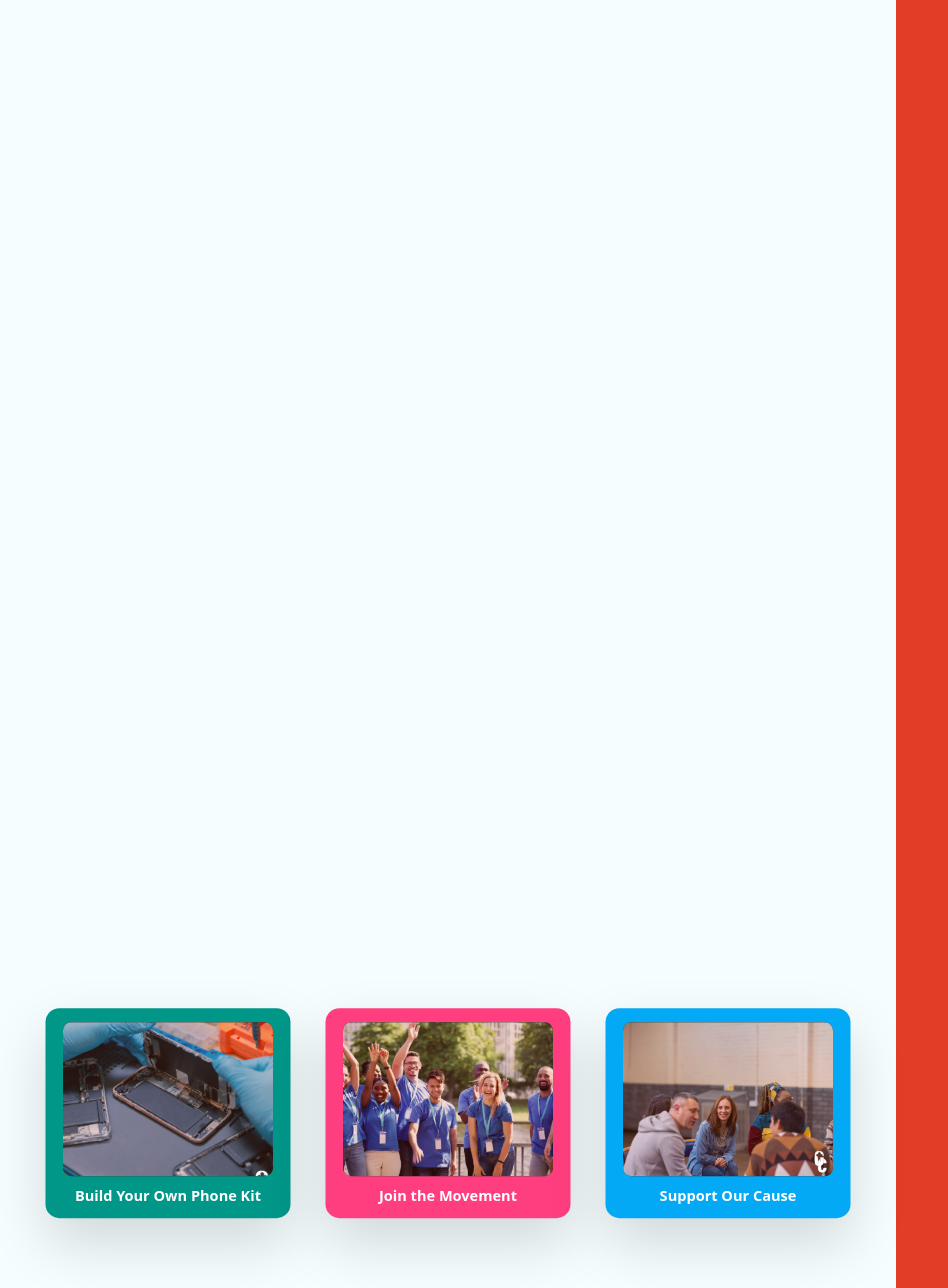
Repository: katelynyew/communityWebsite
Page: index.html
These files come from the project's save history. The page is drawn as it stood at one moment and after the next save; the edit follows.
The browser window is 1280 px wide. The page is 1354 px wide, so the pictures cover 1354 px, including what lies to the right of the window. The pictures show the part of the page from y = 4166 to 6006 px (the page is 6006 px tall before and 5790 px after), at 70% of full size.
Some web fonts or font styles are not loaded; a fallback is used. Some web libraries are served in a nearby version.

Above is the page before, as saved 2025-04-04 04:26:58.

### index.html
<!DOCTYPE html>
<html lang="en">
<head>
  <meta charset="UTF-8">
  <meta name="viewport" content="width=device-width, initial-scale=1.0">
  <link rel="stylesheet" href="./style.css" />

  <link rel="preconnect" href="https://fonts.googleapis.com">
  <link rel="preconnect" href="https://fonts.gstatic.com" crossorigin><link href="https://fonts.googleapis.com/css2?family=Ranchers&display=swap" rel="stylesheet">

  <title>Canconnect</title>
</head>
<body>

    <div class="landing">
      <!-- <nav>
        <h1 id="logo">CANConnect</h1>
        <a href="index.html">
          <img id="logo-img1" src="./can1.png" alt="CanConnect Logo" id="logo" />
        </a>
        <u1 class="nav-links">
          <li><a href="index.html" onclick="location.reload(); return false;">Home</a></li>
          <li><a href="https://sites.google.com/my.yorku.ca/canconnect/home">About Us</a></li>
          <li><a href="https://sites.google.com/my.yorku.ca/canconnect/tech-reshare-program?authuser=0">Our Project</a></li>
          <li><a href="https://sites.google.com/my.yorku.ca/canconnect/get-involved?authuser=0">Get Involved</a></li>
          <li><a href="https://sites.google.com/my.yorku.ca/canconnect/news-updates?authuser=0">News & Updates</a></li>
          <li><a href="https://sites.google.com/my.yorku.ca/canconnect/our-team?authuser=0">Staff</a></li>
          <li><a href="https://sites.google.com/my.yorku.ca/canconnect/connect?authuser=0">Contact Us</a></li>
        </u1>
      </nav> -->
      <div class="header">
        <div class="letters">
          <img id="logo-img2" src="can2.png" alt="CanConnect Logo">
          <!-- <h1 class="title">CANConnect</h1> -->
          <h2 class="big-text">“Connecting Canada, One Affordable Device at a Time”</h2>
        </div>
      </div>
      <div class="website-content">
        <div class="img-holder">
          <img src="./b8.jpg" alt="Description of the image"/>
        </div>
      </div>
    </div>


  <div class="content-holder">
    <div class="intro-text">

      <h1 class="sub">
        “Connecting Canada, One Affordable Device at a Time”
      </h1>
      <p class="hide">
        <span class="text">Technology should be accessible to everyone, not just those who can afford expensive
          brands.</span>
      </p>

      <p class="hide">
        <span class="text">CANConnect is on a mission to provide affordable, locally produced phone kits and advocate for low-cost connectivity solutions for all Canadians.</span>
      </p>
    </div>
  </div>
  <div class="white-gap1"> </div>
  <div class="slider"></div>
  <div class="row">
    <p class="tags">
      #Workshops
    </p>
    <p class="tags">
      #ReusableDevices
    </p>
    <p class="tags">
      #TechForAll
    </p>
  </div>
  <div class="white-gap2"> </div>
  <div class="container">
    <div class="card" style="--clr:#009688;">
      <div class="cardimg">
        <img src="./one.png" alt="">
      </div>
      <div class="card-content">
        <h2>Build Your Own Phone Kit</h2>
        <p>Empower yourself with affordable tech-build your own phone kit with CanConnect.</p>
        <a href="#">– Learn More</a>
      </div>
    </div>
    <div class="card" style="--clr:#ff3e7f;">
      <div class="cardimg">
        <img src="./two.png" alt="">
      </div>
      <div class="card-content">
        <h2>Join the Movement</h2>
        <p>Want to be a part of the movement? Check out how you can help:</p>
        <a href="#">– Get involved</a>
      </div>
    </div>
    <div class="card" style="--clr:#03a9f4;">
      <div class="cardimg">
         <img src="./three.png" alt="">
      </div>
      <div class="card-content">
        <h2>Support Our Cause</h2>
        <p>Support us in making technology more affordable for all.</p>
        <a href="#">– Donate today</a>
      </div>
    </div>

    <!-- <div class="home">
      <a href="https://sites.google.com/my.yorku.ca/canconnect/home?authuser=0">GO TO MAIN PAGE</a>
    </div> -->
  </div>



<script src="https://cdnjs.cloudflare.com/ajax/libs/gsap/3.8.0/gsap.min.js"></script>
<script src="https://cdnjs.cloudflare.com/ajax/libs/gsap/3.8.0/ScrollTrigger.min.js"></script>
<script src="./script.js"></script>

</body>
</html>

### style.css
*{
    margin: 0;
    padding: 0;
    box-sizing: border-box;
}
main {
    font-family: "Noto Sans", sans-serif;
}
html {
    overscroll-behavior: none;
}



html, body {
    font-family: "Noto sans", sans-serif;
    height: 100%;
    background-color: rgb(226, 61, 39);

}


.landing{
    min-height: 100vh;
    background-color: rgb(226, 61, 39);
    background-size: cover;
    display: flex;
    flex-direction: column;
    justify-content: top;
    align-content: flex-start;
    z-index: 2;
}
img {
    width: 100%;
    height: 100%;
    object-fit: cover;

}
nav {
    position: fixed;
    top: 0;
    right: 0;
    display: flex;
    align-items: center;
    justify-content: space-between;
    min-height: 10vh;
    max-width: 1200px; /* Prevents the nav from expanding too much */
    z-index: 20;


}


.nav-links {
    display: flex;  /* place the items side by side*/
    list-style: none;   /* get rid of bullet point*/
    gap: 2rem;  /* gap between each nav li element*/
    padding: 2em;

}

.nav-links li {
    /* padding-left: 10rem; */
    font-size: 1rem;
    font-weight: lighter;
    list-style: none;
    display: inline-block;
    padding: 5px 15px;
    border-radius: 5px;


}
.nav-links li:hover {
    border-color: #009688; /* Make border visible on hover */
    background-color: rgba(137, 2, 2, 0.475); /* Light background effect */
}

.nav-links li a {
    text-decoration: none; /* Remove underline */
    color: black; /* Change text color */
    font-weight: bold;
    display: block;
  }

#logo{
    position: fixed;
    top: 0;
    left: 100px;
    min-height: 10vh;
    padding: 20px 5px;
    font-family: "Noto Sans", sans-serif;
    font-weight: heavier;
    font-size: 2rem;
    z-index: 1000;


}
#logo-img1 {
    position: fixed; /* Keeps it in place even when scrolling */
    top: 0; /* Aligns to the very top */
    left: 50px; /* Aligns to the very left */
    max-width: 50px; /* Adjust size as needed */
    height: auto;
    padding: 10px; /* Adds some spacing */
}
#logo-img2 {
    max-width: 1000px;
    height: auto;
    display: block;
    margin: 0 auto;
}

.header {
    position: fixed;
    top: 5%;
    left: 0%;
    display: flex;
    width: 100%;
    z-index: 40;


}
.letters {
    flex: 1;
    display: flex;
    flex-direction: column; /*stacks children vertically */
    align-items: center;
    text-transform: uppercase;

}


.big-text {
    position: relative;
    font-size: 2rem;
    font-weight: heavier;
    text-align: center;
    color: rgb(255, 232, 232);
    margin: 2em 0em;
    top: 0rem;
    z-index: 40;
    font-style: italic;

}

.website-content {

    position: relative;
    padding-top: 10em;
    width: 100%;
    height: 100%;

}

.img-holder {
    background-color: rgb(226, 242, 253);
    margin: 3em 0em;
    position: relative;
    top: 0%;
    width: 100%;
    height: 100vh;
    background: rgb(140, 229, 91);
    clip-path: polygon(37.5% 20%, 62.5% 20%, 62.5% 50%, 37.5% 50%);
    z-index: 10;
}

.img-holder img {
    position: relative;
    top: 0;
    left: 10px;
    transform: scale(1.1);
    height: 100vh;


}

.content-holder {
    position: relative;
    top: 60%;
    width: 100%;
    background: rgb(255, 255, 255);
    color: white;
    margin-top: 17rem;
    margin-bottom: 8em;
    z-index: 6;
}
.intro-text {
    background: rgb(245, 253, 255);
    position: relative;
    top: 0%;
    width: 100%;
    height: 100vh;
    display: flex;
    flex-direction: column;
    justify-content: flex-start;
    align-items: center;
    color: rgb(212, 57, 26);
    font-family: "Noto Sans", sans-serif;
    padding: 10em 10em;

}
.sub {
    padding: 1em 2em;
    margin: 1em 1em;
    font-size: 3rem;
    text-align: center;
    width: 100%;
}
.intro-text p {
    margin-top: 1em;
    font-size: 1.5rem;
    width: 50%;
    text-align: left;
    line-height: 1.5;
    font-style: italic;
    font-weight: heavier;
}
.white-gap1 {
    top: 54%;
    height: 60%; /* or whatever height your gap is */
    background-color: rgb(245, 253, 255);
    width: 100%;
    position: relative;
    z-index: 5; /* Make sure it's under your floating elements if needed */
}

.row {
    background-color: rgb(245, 253, 255);
    position: relative;
    display: flex;
    width: 100%;
    top: 40%;
    justify-content: space-between;
    align-items: center;
    z-index: 500;
    gap: 20px;
    flex-wrap: wrap;
    margin: 0rem 4rem;


}
.white-gap2 {
    top: 45%;
    height: 60%; /* or whatever height your gap is */
    background-color: rgb(245, 253, 255);
    width: 100%;
    position: relative;
    z-index: 5; /* Make sure it's under your floating elements if needed */
}
.row    .tags{

    flex: 1 1 35%; /* Ensures the <p> elements take up at least 20% of the row, but can grow and shrink */

    text-align: center;
    font-size: 3rem;
    color: rgb(235, 64, 33);
    font-weight: bold;

}
.container {
    top:40%;
    background-color:rgb(245, 253, 255);
    position: relative;
    display: flex;
    justify-content: center;
    align-items: center;
    flex-wrap: wrap;
    gap: 100px 50px;
    padding: 100px 50px;
    padding-top: 10rem;

}

.container  .card {
    position: relative;
    display: flex;
    justify-content: center;
    align-items: flex-start;
    width: 350px;
    height: 300px;
    background-color: var(--clr);
    border-radius: 20px;
    box-shadow: 0 35px 80px rgba(0,0,0,0.15);
    transition: 0.5s;
    overflow: hidden;

}
.container  .card:hover {
    height: 400px;
}
.container  .card   .cardimg {
    position: absolute;
    top: 20px;
    width: 300px;
    height: 220px;
    background: #333;
    border-radius: 12px;
    overflow: hidden;
    transition: 0.5s;
}

.container  .card:hover .cardimg {
    top: -100px;
    scale: 0.75;
    box-shadow: 0 15px 45px rgba(0,0,0,0.2);
}
.container  .card   .cardimg img {
    position: absolute;
    top: 0;
    left: 0;
    width: 100%;
    height: 100%;

    object-fit: cover;
}

.container  .card   .card-content {
    position: absolute;
    top: 252px;
    width: 100%;
    padding: 0 30px;
    height: 35px;
    overflow: hidden;
    text-align: center;
    transition: 0.5s;
    display: flex;
    flex-direction: column;
    justify-content: left;
    align-items: center;
}

.container  .card:hover .card-content {
    top: 130px;
    height: 250px;

}
.container  .card   .card-content h2 {
    font-size: 1.3em;
    font-weight: 700;
    color: white;
    line-height: 2rem;
}

.container  .card   .card-content p {
    font-size: 1em;
    text-align: left;
    color: #f8e9e9;
    padding: 5em 0em;


}
.container  .card   .card-content a {
    position: relative;
    top: 0px;
    transform: translateY(-95%);
    display: inline-block;
    padding: 12px 25px;
    background: rgb(0, 0, 0);
    color: white;
    font-weight: 500;
    text-decoration: none;
    border-radius: 8px;
}



.home {
    position: relative;

    top: 1rem;
    width: 65%;
    text-align: center;
    font-size: 10rem;
    color: rgb(29, 54, 94);
    font-size: 5rem;
    font-weight: lighter;
    display: inline-block;
    padding: 10px;
    border-radius: 100px;

   /* background-color: rgba(255, 84, 65, 0.292); */
}

.home:hover {
    border-color: #009688; /* Make border visible on hover */
    background-color: rgb(137, 200, 200,0.292); /* Light background effect */
    width: 65%;
    transition: 0.5s;
}

.home a {

    color: rgba(25, 51, 168, 0.971); /* Change text color */
    font-weight: bold;
    display: block;
  }

/* .hide {
    background: black;
    overflow: hidden;
}
*/
/*
.hide span{         /*move down the hide
    transform: translateY(100%);
    display: inline-block;  /*span is inline element
}
*/

### script.js
const tl = gsap.timeline({defaults: {ease: 'power1.out'}});


// tl.to('.slider', {y: "-100%", duration: 1.5, delay: 0.5});
// tl.to(".intro", {y: "-100%", duration: 1}, "-=1");  /*   -=1 means start one sec faster*/
// tl.fromTo("nav", {opacity: 0}, {opacity: 1, duration: 1});
// tl.fromTo(".big-text", {opacity: 0}, {opacity: 1, duration: 1});

gsap.registerPlugin(ScrollTrigger);

document.addEventListener("DOMContentLoaded", function() {
    const contentHolderHeight = document.querySelector(".content-holder").offsetHeight;
    const imgHolderHeight = window.innerHeight;
    const additionalScrollHeight = window.innerHeight;


    const totalBodyHeight = contentHolderHeight + imgHolderHeight + additionalScrollHeight;
    document.body.style.height = `${totalBodyHeight}px`;
});

// Reset the page when it loads
window.addEventListener('load', () => {
    // Reset any GSAP animations or properties
    gsap.set("nav", { opacity: 0 });  // Set nav to invisible
    gsap.set(".header", { opacity: 1 });  // Reset header to visible
    gsap.set(".website-content", { position: 'absolute', top: 'auto' });  // Reset the position of website content

    // Ensure ScrollTrigger resets
    ScrollTrigger.refresh();
});

// Initially set the nav to be invisible
gsap.set("nav", { opacity: 0 });

// ScrollTrigger to fade in the nav after scrolling past the website-content section
gsap.to("nav", {
    opacity: 1,  // Fade in the nav
    scrollTrigger: {
        trigger: ".website-content",  // Trigger after the website-content section
        start: "bottom top",  // Start when the bottom of .website-content hits the top of the viewport
        end: "bottom top",  // Continue for the entire scroll of website-content

        markers: false,  // Optional: Remove if you don't need markers
        toggleActions: "play none none reverse", // Re-trigger on scroll
    }
});

// ScrollTrigger to fade out the nav after scrolling back up
gsap.to("nav", {
    opacity: 0,  // Fade out the nav
    scrollTrigger: {
        trigger: ".website-content",  // Trigger after the website-content section
        start: "top top",  // Start when the top of .website-content hits the top of the viewport
        end: "+=100%",  // Continue for the entire scroll of website-content
        scrub: 0.5,
        markers: false,  // Optional: Remove if you don't need markers
        toggleActions: "reverse none none play", // Re-trigger on scroll
    }
});

// ScrollTrigger for fading out header
gsap.to(".big-text", {
    opacity: 0,  // Fade out
    scrollTrigger: {
        trigger: ".website-content",
        start: "top top",  // Start fading out when the top of the website-content reaches the top of the viewport
        end: "+=100%",  // Keep fading out while scrolling further
        scrub: 1,  // Smooth transition based on scroll
        onEnter: () => gsap.to(".big-text", { opacity: 0, duration: 1 }),
        onLeaveBack: () => gsap.to(".big-text", { opacity: 1, duration: 1 }),  // Fade in when scrolling back

    }
});

gsap.to("#logo-img2", {
    y: "-200px", // Move the title up
    duration: 1,
    ease: "power1.out",
    scrollTrigger: {
        trigger: ".website-content",
        start: "top top", // Start when .title is near the top of the viewport
        end: "+=100%", // End when it reaches this position
        scrub: 1, // Smooth animation
        markers: false // Set to true if you want to see scroll markers
    }
});

ScrollTrigger.create({
    trigger: ".website-content",
    start: "-0.1% top",
    end: "bottom bottom",
    onEnter: () => {
        gsap.set(".website-content", { position: 'fixed', top: '0' });
    },

    onLeaveBack: () => {
        gsap.set(".website-content", { position: 'absolute', top: 'auto' });
    }

});



gsap.to(".img-holder", {
    //scale: 1,
    rotation: 0,
    clipPath: 'polygon(0% 0%, 100% 0%, 100% 100%, 0% 100%)',
    ease: "power2.inOut",
    trigger: ".img-holder",
    scrollTrigger: {
        start: "top top",
        end: `+=200%`,
        scrub: 1,

    }
});

ScrollTrigger.create({
    trigger: ".img-holder",
    start: "top top",
    end: "+=200%",
    pin: true,
    anticipatePin: 1,
    onLeave: () => {
        gsap.set(".website-content", { position: "absolute", top: "auto" }); // Unpin the image
    },
    onLeaveBack: () => {
        gsap.set(".website-content", { position: "absolute", top: "auto" }); // Ensure the image scrolls back properly
    }

});

// gsap.to(".header .letters:first-child", {
//     x: () => -innerWidth *3,
//     scale: 10,
//     ease: "power2.inOut",
//     scrollTrigger: {
//         start: "top top",
//         end: `+=200%`,
//         scrub: 1
//     }
// });
// gsap.to(".header .letters:last-child", {
//     x: () => innerWidth *3,
//     scale: 10,
//     ease: "power2.inOut",
//     scrollTrigger: {
//         start: "top top",
//         end: `+=200%`,
//         scrub: 1
//     }
// });

After the next save:
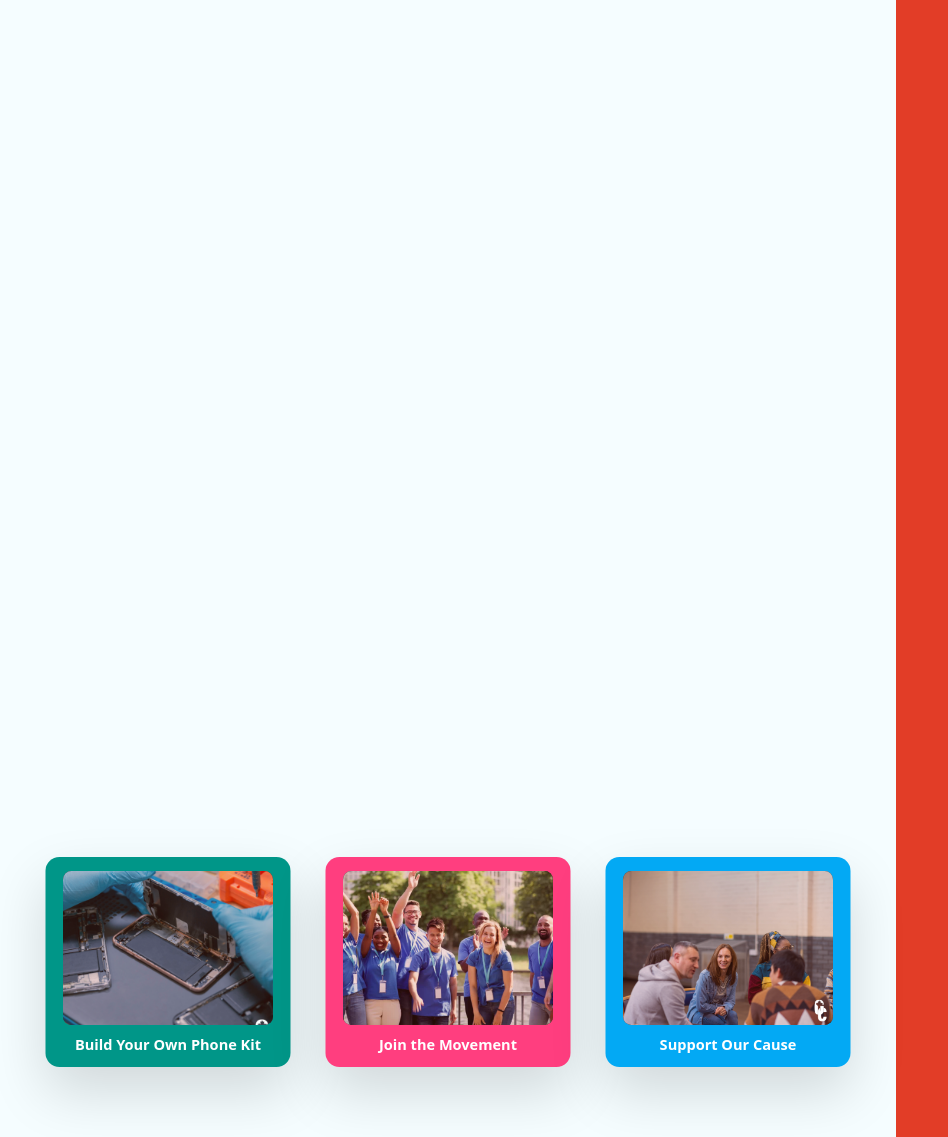
Saved 5 s later.
--- a/style.css
+++ b/style.css
@@ -241,7 +241,7 @@
 }
 .white-gap2 {
     top: 45%;
-    height: 60%; /* or whatever height your gap is */
+    height: 50%; /* or whatever height your gap is */
     background-color: rgb(245, 253, 255);
     width: 100%;
     position: relative;
